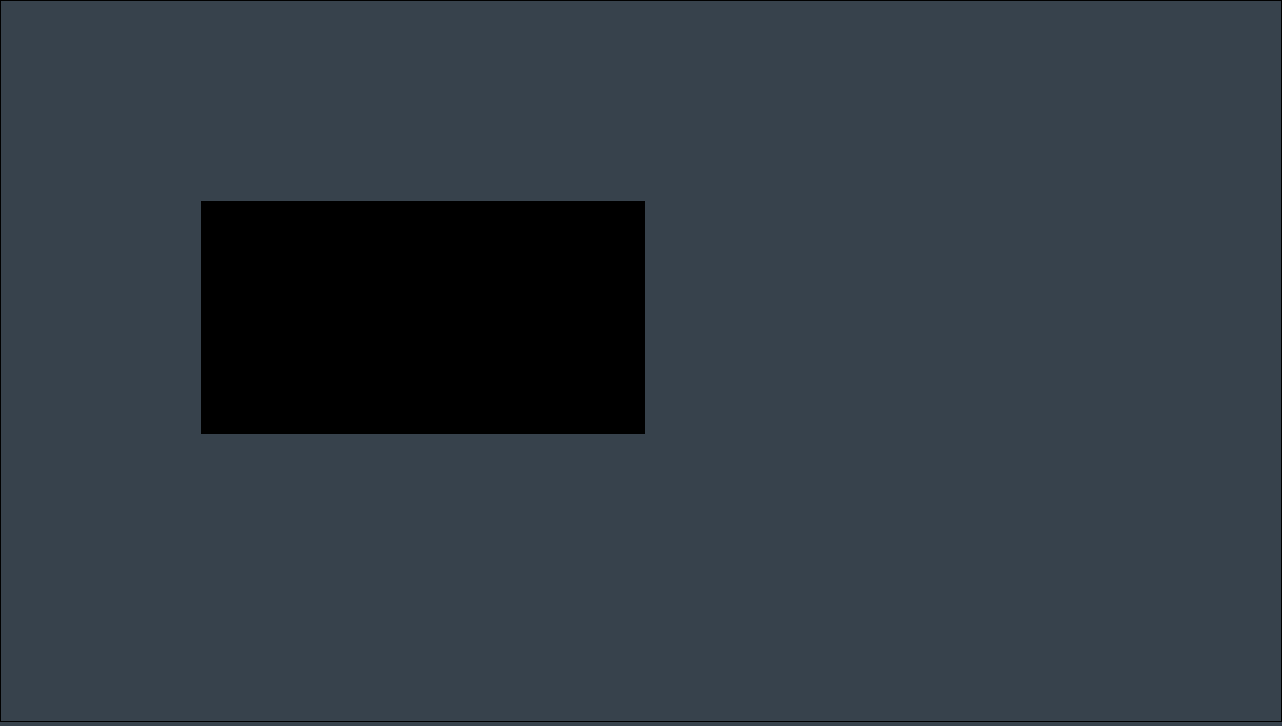
Repository: randy918/chris-canvas-52323
Page: index.html
The author's editor kept a copy of each file at every save. The page is drawn from the files as they stood at one save, then again after the next save.
The browser window is 1280 px wide. The page is 1282 px wide, then 1280 px, then 1282 px, so the pictures cover 1282 px, including what lies to the right of the window. The pictures show the whole page.
The style sheet was rebuilt from its Sass, Less or Tailwind sources for each picture, by a compiler version that may differ from the author's.

Above is the page before, as saved 2023-05-24 13:10:58.

After the next save:
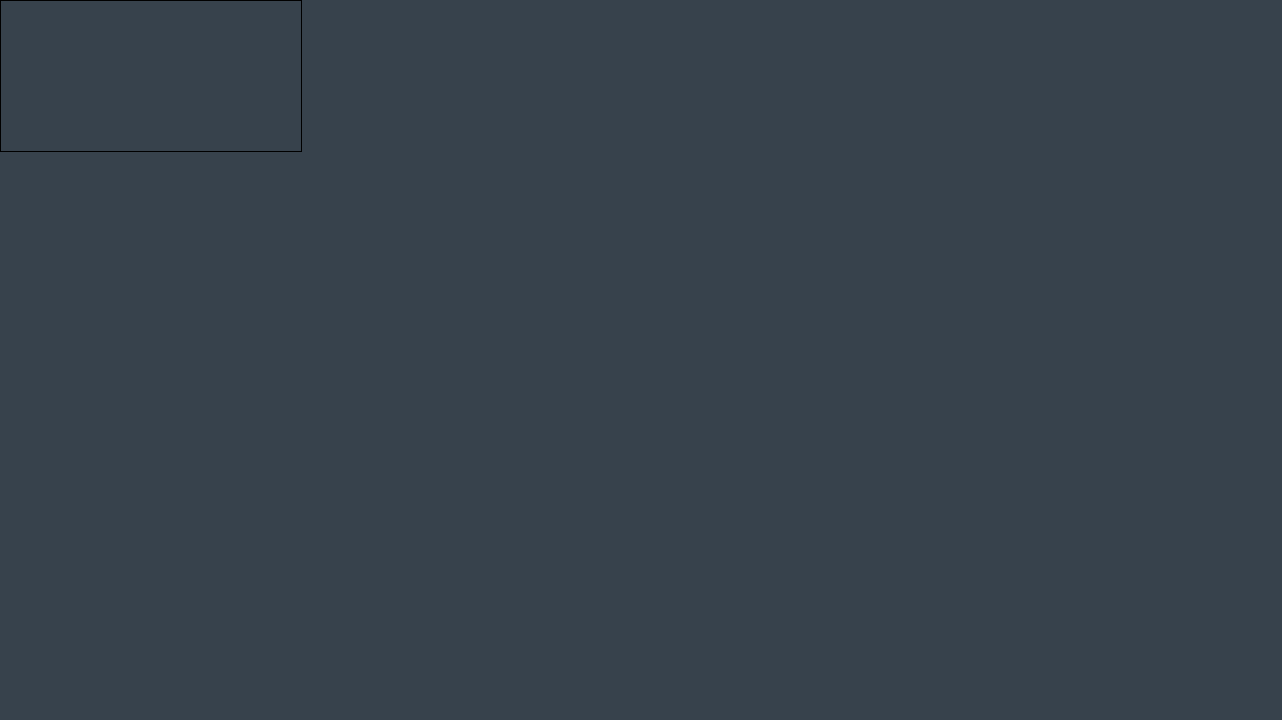
Console error: SyntaxError: Invalid or unexpected token
Saved 7 min 15 s later.
--- a/js/index.js
+++ b/js/index.js
@@ -25,7 +25,7 @@
 	//!  10123.161 0  main body
 
 	//!  123122.1839  END
-    c.fillRect(200, 200, 444, 233);
+    c.fillRect(200, 200, 4vw, 233);
 
 
 };

After the 2 saves that followed:
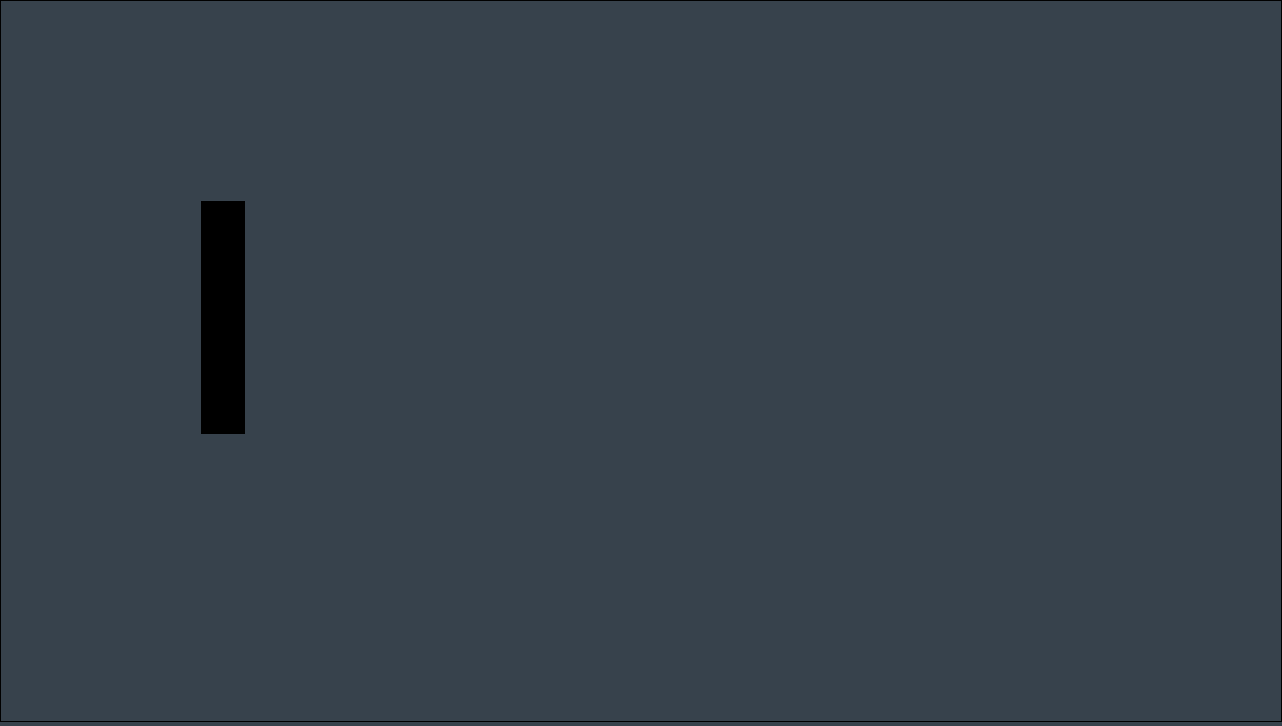
The error is gone.
The 2 saves are shown as one change because they came seconds apart.
The last was saved 13 s later.
--- a/js/index.js
+++ b/js/index.js
@@ -25,7 +25,7 @@
 	//!  10123.161 0  main body
 
 	//!  123122.1839  END
-    c.fillRect(200, 200, 4vw, 233);
+    c.fillRect(200, 200, 44, 233);
 
 
 };
